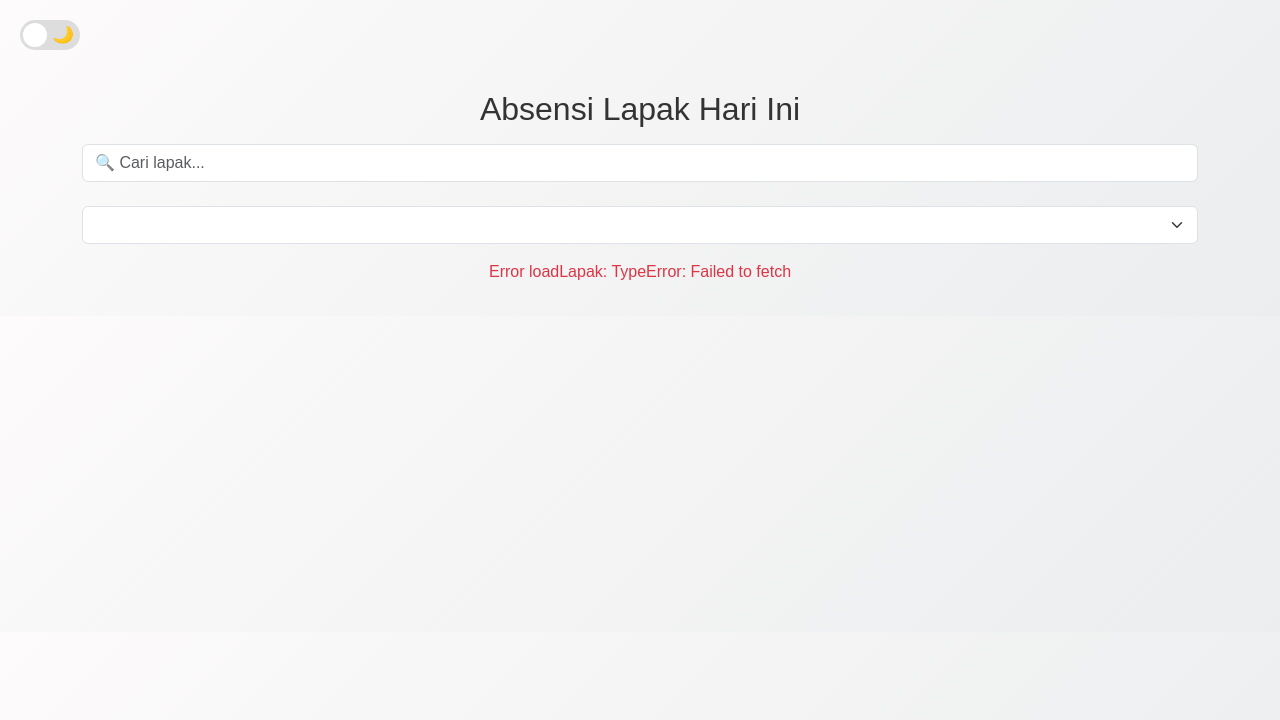
Repository: pasarrakyatbak/absensi
Page: index.html
An editor plug-in stored every save of this project. The page is shown before and after the next save, followed by the edit.
The browser window is 1280 px wide. The pictures show the whole page.
The page's requests for data from a server got no answer.

Above is the page before, as saved 2025-09-22 18:40:41.

### index.html
<!DOCTYPE html>
<html lang="id">

<head>
    <meta charset="UTF-8">
    <meta name="viewport" content="width=device-width, initial-scale=1.0">
    <title>Absensi Lapak</title>
    <link href="https://cdn.jsdelivr.net/npm/bootstrap@5.3.2/dist/css/bootstrap.min.css" rel="stylesheet">
    <link rel="stylesheet" href="style.css">
</head>

<body class="p-3">
    <!-- Toggle Dark Mode -->
    <div class="dark-toggle mb-3">
        <input type="checkbox" id="darkSwitch">
        <label for="darkSwitch" class="toggle-label">
            <span class="toggle-icon">🌞</span>
            <span class="toggle-ball"></span>
            <span class="toggle-icon">🌙</span>
        </label>
    </div>

    <div class="container">

        <!-- Ringkasan -->
        <div id="lapakSummary" class="summary-cards mb-4"></div>

        <!-- Info Banner -->
        <div id="absensiInfoBanner" class="alert text-center mb-3"></div>
        <!-- Judul & Search -->
        <h2 class="mb-3 text-center">Absensi Lapak Hari Ini</h2>
        <input type="text" id="searchInput" class="form-control mb-4" placeholder="🔍 Cari lapak...">
        <select id="lapakPageSelect" class="form-select mb-3">
            <!-- Option akan diisi otomatis dari JS -->
        </select>
        <!-- Daftar Lapak -->
        <div id="lapakContainer" class="row"></div>
    </div>

    <!-- Modal Absensi -->
    <div id="absensiModal" class="modal-overlay">
        <div class="modal-content">
            <h5 id="absensiInfo"></h5>
            <div id="modalStatusLabel" class="mb-3"></div> <!-- badge tampil di sini -->
            <button id="modalAbsenBtn" class="btn btn-success mb-2">Absen</button>
            <button id="modalHapusBtn" class="btn btn-danger mb-2">Hapus Absensi</button>
            <button class="btn btn-secondary" onclick="closeAbsensiModal()">Tutup</button>
        </div>
    </div>


    <!-- Loader -->
    <div id="absensiLoading" class="d-none">
        <div class="loader-content text-center">
            <div class="spinner-border text-light" role="status" style="width:3rem;height:3rem;"></div>
            <p id="absensiLoadingText" class="text-white mt-2">Sedang memproses...</p>
        </div>
    </div>

    <script src="script.js"></script>
    <!-- Toast Notification -->
    <div id="toastContainer" class="toast-container"></div>
    <script src="https://cdn.jsdelivr.net/npm/sweetalert2@11"></script>
</body>

</html>

### style.css
/* ================= GLOBAL ================= */
body {
    background: linear-gradient(135deg, #fdfbfb, #ebedee);
    font-family: 'Poppins', sans-serif;
    color: #333;
    margin: 0;
    padding: 0;
    transition: background 0.3s ease, color 0.3s ease;
}

body.dark {
    background: linear-gradient(135deg, #0f2027, #203a43, #2c5364);
    color: #f1f1f1;
}

body.modal-open {
    overflow: hidden;
}

/* ================= CARD ================= */
.lapak-card {
    position: relative;
    overflow: hidden;
    text-align: center;
    border-radius: 16px;
    padding: 1.5rem;
    font-size: 18px;
    font-weight: 600;
    backdrop-filter: blur(8px);
    box-shadow: 0 4px 12px rgba(0, 0, 0, 0.08);
    transition: transform 0.25s ease, box-shadow 0.25s ease, background 0.3s ease, border 0.3s ease, color 0.3s ease;
}

.lapak-card:hover {
    transform: translateY(-6px);
    box-shadow: 0 10px 25px rgba(0, 0, 0, 0.2);
}

.lapak-card.disabled {
    pointer-events: none;
    opacity: 0.6;
}

.lapak-card .card-title {
    font-size: 22px;
    font-weight: 700;
    margin-bottom: 0.5rem;
}

/* Light Mode (default) */
.lapak-card .card-text {
    font-size: 32px;
    /* sangat besar dan modern */
    font-weight: 700;
    /* tebal */
    border-bottom: 2px solid #0d47a1;
    /* biru tua */
    padding-bottom: 8px;
    margin-bottom: 1rem;
    color: #0d47a1;
    /* teks biru tua */
    transition: all 0.3s ease;
}

/* Dark Mode */
body.dark .lapak-card .card-text {
    color: #ffeb3b;
    /* kuning */
    border-bottom: 2px solid #ffeb3b;
    /* border ikut warna teks */
}



/* CARD TEXT */
.lapak-card .card-text {
    font-size: 32px;
    font-weight: 700;
    border-bottom: 2px solid #1e88e5;
    /* biru terang */
    padding-bottom: 8px;
    margin-bottom: 1rem;
    color: #1e88e5;
    /* light mode */
    transition: all 0.3s ease;
}

body.dark .lapak-card .card-text {
    color: #ffc107;
    /* kuning dark mode */
    border-bottom: 2px solid #ffc107;
}

/* CARD SUBTEXT */
.lapak-card .card-subtext {
    font-size: 16px;
    font-style: italic;
    color: #1976d2;
    /* biru medium */
    transition: color 0.3s ease;
}

body.dark .lapak-card .card-subtext {
    color: #ffca28;
    /* kuning lembut */
}

/* CARD BODY / PARAGRAPH TEXT */
.lapak-card .card-body-text {
    font-size: 18px;
    font-weight: 500;
    color: #424242;
    /* abu gelap untuk light mode */
    transition: color 0.3s ease;
}

body.dark .lapak-card .card-body-text {
    color: #fff59d;
    /* kuning pucat untuk dark mode */
}



.lapak-card.hadir {
    background-color: #d4edda;
    border: 1px solid #c3e6cb;
    color: #155724;
}

.lapak-card.belum {
    background-color: #f8d7da;
    border: 1px solid #f5c6cb;
    color: #721c24;
}

/* Dark mode cards */
body.dark .lapak-card.hadir {
    background: rgba(45, 62, 51, 0.8);
    border: 1px solid #4caf50;
    color: #90ee90;
}

body.dark .lapak-card.belum {
    background: rgba(60, 30, 30, 0.8);
    border: 1px solid #b23c3c;
    color: #f28b82;
}

/* ================= BADGE ================= */
.lapak-badge {
    position: absolute;
    top: 10px;
    left: 10px;
    padding: 0.25rem 0.5rem;
    font-size: 0.75rem;
    font-weight: 600;
    border-radius: 8px;
    color: #fff;
    z-index: 2;
    box-shadow: 0 2px 6px rgba(0, 0, 0, 0.15);
    transition: background 0.3s ease, transform 0.25s ease;
}

.lapak-badge.bg-success {
    background-color: #28a745;
}

.lapak-badge.bg-danger {
    background-color: #dc3545;
}

body.dark .lapak-badge.bg-success {
    background-color: #4caf50;
}

body.dark .lapak-badge.bg-danger {
    background-color: #b23c3c;
}

/* ================= MODAL ================= */
#absensiModal,
.modal-overlay {
    display: none;
    position: fixed;
    top: 0;
    left: 0;
    width: 100%;
    height: 100%;
    justify-content: center;
    align-items: center;
    z-index: 1050;
    padding: 1rem;
    box-sizing: border-box;
    backdrop-filter: blur(6px);
}

#absensiModal {
    background: rgba(0, 0, 0, 0.6);
}

.modal-overlay {
    background: rgba(0, 0, 0, 0.6);
    opacity: 0;
    transition: opacity 0.25s ease;
}

.modal-overlay.show {
    display: flex;
    opacity: 1;
}

.modal-content {
    background: rgba(255, 255, 255, 0.9);
    padding: 1.5rem;
    border-radius: 16px;
    text-align: center;
    max-width: 400px;
    width: 100%;
    box-shadow: 0 8px 24px rgba(0, 0, 0, 0.2);
    transform: scale(0.9);
    transition: transform 0.25s ease, background 0.3s ease, color 0.3s ease;
}

.modal-overlay.show .modal-content {
    transform: scale(1);
}

body.dark .modal-content {
    background: rgba(30, 30, 30, 0.95);
    color: #f1f1f1;
}

.container.blur {
    filter: blur(0);
    transition: filter 0.3s ease;
}

.modal-overlay.show+.container.blur {
    filter: blur(6px);
}

/* ================= LOADER ================= */
#absensiLoading {
    position: fixed;
    top: 0;
    left: 0;
    width: 100%;
    height: 100%;
    background: rgba(0, 0, 0, 0.7);
    display: flex;
    justify-content: center;
    align-items: center;
    z-index: 2000;
    backdrop-filter: blur(6px);
}

/* ================= BUTTONS ================= */
#modalAbsenBtn,
#modalHapusBtn {
    width: 100%;
    padding: 0.75rem;
    font-size: 1.1rem;
    font-weight: 600;
    border-radius: 12px;
    border: none;
    transition: background 0.3s ease, transform 0.2s ease;
}

#modalAbsenBtn {
    background-color: #28a745;
    color: #fff;
}

#modalAbsenBtn:hover {
    transform: scale(1.05);
}

#modalHapusBtn {
    background-color: #dc3545;
    color: #fff;
    margin-bottom: 0.5rem;
}

#modalHapusBtn:hover {
    transform: scale(1.05);
    background-color: #b23c3c;
}

body.dark #modalAbsenBtn {
    background-color: #4caf50;
}

body.dark #modalHapusBtn {
    background-color: #b23c3c;
}

/* ================= TOGGLE DARK MODE ================= */
.dark-toggle {
    position: fixed;
    top: 20px;
    left: 20px;
    z-index: 1000;
}

.toggle-label {
    position: relative;
    width: 60px;
    height: 30px;
    background: #ddd;
    border-radius: 50px;
    display: flex;
    align-items: center;
    justify-content: space-between;
    padding: 0 6px;
    transition: background 0.3s ease;
    cursor: pointer;
}

.toggle-label::before {
    content: "☀️";
    position: absolute;
    left: 8px;
    font-size: 16px;
    transition: opacity 0.3s ease;
}

.toggle-label::after {
    content: "🌙";
    position: absolute;
    right: 8px;
    font-size: 16px;
    transition: opacity 0.3s ease;
}

.toggle-ball {
    width: 24px;
    height: 24px;
    border-radius: 50%;
    background: white;
    position: absolute;
    left: 3px;
    top: 3px;
    transition: transform 0.3s ease;
}

input[type="checkbox"] {
    display: none;
}

input:checked+.toggle-label {
    background: #444;
}

input:checked+.toggle-label .toggle-ball {
    transform: translateX(30px);
}

/* ================= SUMMARY CARDS ================= */
.summary-cards {
    display: flex;
    gap: 1rem;
    flex-wrap: wrap;
    justify-content: center;
}

.summary-card {
    flex: 1 1 120px;
    min-width: 120px;
    padding: 1rem;
    border-radius: 12px;
    text-align: center;
    font-weight: 600;
    box-shadow: 0 4px 12px rgba(0, 0, 0, 0.08);
    transition: background 0.3s ease, color 0.3s ease;
}

.summary-card.total {
    background: #e3f2fd;
    color: #1565c0;
}

.summary-card.hadir {
    background: #d4edda;
    color: #155724;
}

.summary-card.belum {
    background: #f8d7da;
    color: #721c24;
}

body.dark .summary-card.total {
    background: #1e3a5f;
    color: #90caf9;
}

body.dark .summary-card.hadir {
    background: #2d3e33;
    color: #90ee90;
}

body.dark .summary-card.belum {
    background: #5c2b2b;
    color: #f28b82;
}

.summary-card div {
    margin-top: 4px;
    font-weight: normal;
}

.summary-progress .progress {
    background: rgba(0, 0, 0, 0.1);
}

body.dark .summary-progress .progress {
    background: rgba(255, 255, 255, 0.1);
}

.progress-bar {
    font-size: 0.85rem;
    font-weight: 600;
    color: #fff;
    text-align: center;
}

/* ================= BADGE UTAMA ================= */
.badge {
    display: inline-block;
    margin-top: 6px;
    padding: 0.25rem 0.5rem;
    font-size: 0.75rem;
    border-radius: 8px;
    font-weight: 600;
}

.bg-success {
    background-color: #28a745;
    color: #fff;
}

.bg-danger {
    background-color: #dc3545;
    color: #fff;
}

body.dark .bg-success {
    background-color: #4caf50;
}

body.dark .bg-danger {
    background-color: #b23c3c;
}

/* ================= TOAST ================= */
/* ================= TOAST TENGAH ================= */
.toast-container {
    position: fixed;
    top: 50%;
    left: 50%;
    transform: translate(-50%, -50%);
    z-index: 3000;
    display: flex;
    flex-direction: column;
    gap: 0.5rem;
    pointer-events: none;
    /* agar tidak menghalangi klik */
}

.toast {
    min-width: 250px;
    max-width: 350px;
    padding: 1rem 1.2rem;
    border-radius: 16px;
    color: #fff;
    font-weight: 500;
    box-shadow: 0 6px 20px rgba(0, 0, 0, 0.15);
    display: flex;
    justify-content: space-between;
    opacity: 0;
    transform: scale(0.9);
    transition: all 0.4s ease;
    pointer-events: auto;
}

.toast.show {
    opacity: 1;
    transform: scale(1);
}

.toast-success {
    background: #28a745;
}

.toast-error {
    background: #dc3545;
}

.toast-info {
    background: #1976d2;
}

.toast-close {
    cursor: pointer;
    font-weight: bold;
    background: none;
    border: none;
    color: #fff;
    font-size: 1.2rem;
    margin-left: 8px;
}

/* ================= RESPONSIVE ================= */
/* HP kecil (≤576px) */
@media (max-width:576px) {
    .lapak-card {
        font-size: 14px;
        padding: 0.8rem;
    }

    .lapak-card .card-title {
        font-size: 16px;
    }

    .lapak-card .card-text {
        font-size: 18px;
    }

    .lapak-card .status-text {
        font-size: 12px;
    }

    #absensiModal .modal-content {
        max-width: 95%;
        padding: 1rem;
    }

    .toggle-label {
        width: 60px;
        height: 30px;
        font-size: 12px;
    }

    .toggle-ball {
        width: 22px;
        height: 22px;
    }
}

/* Tablet (577px – 991px) */
@media (min-width:577px) and (max-width:991px) {
    .lapak-card {
        font-size: 15px;
        padding: 1rem;
    }

    .lapak-card .card-title {
        font-size: 18px;
    }

    .lapak-card .card-text {
        font-size: 19px;
    }

    .lapak-card .status-text {
        font-size: 13px;
    }

    #absensiModal .modal-content {
        max-width: 80%;
    }
}

/* Desktop (≥992px) */
@media (min-width:992px) {
    .lapak-card {
        font-size: 16px;
        padding: 1.2rem;
    }

    .lapak-card .card-title {
        font-size: 20px;
    }

    .lapak-card .card-text {
        font-size: 20px;
    }

    .lapak-card .status-text {
        font-size: 14px;
    }

    #absensiModal .modal-content {
        max-width: 400px;
    }
}

/* Summary cards responsif */
@media (max-width:768px) {
    .summary-cards {
        flex-direction: column;
        align-items: center;
    }

    .summary-card {
        width: 90%;
        max-width: none;
    }
}

Loaded but not shown: script.js (381 lines, source omitted)

After the next save:
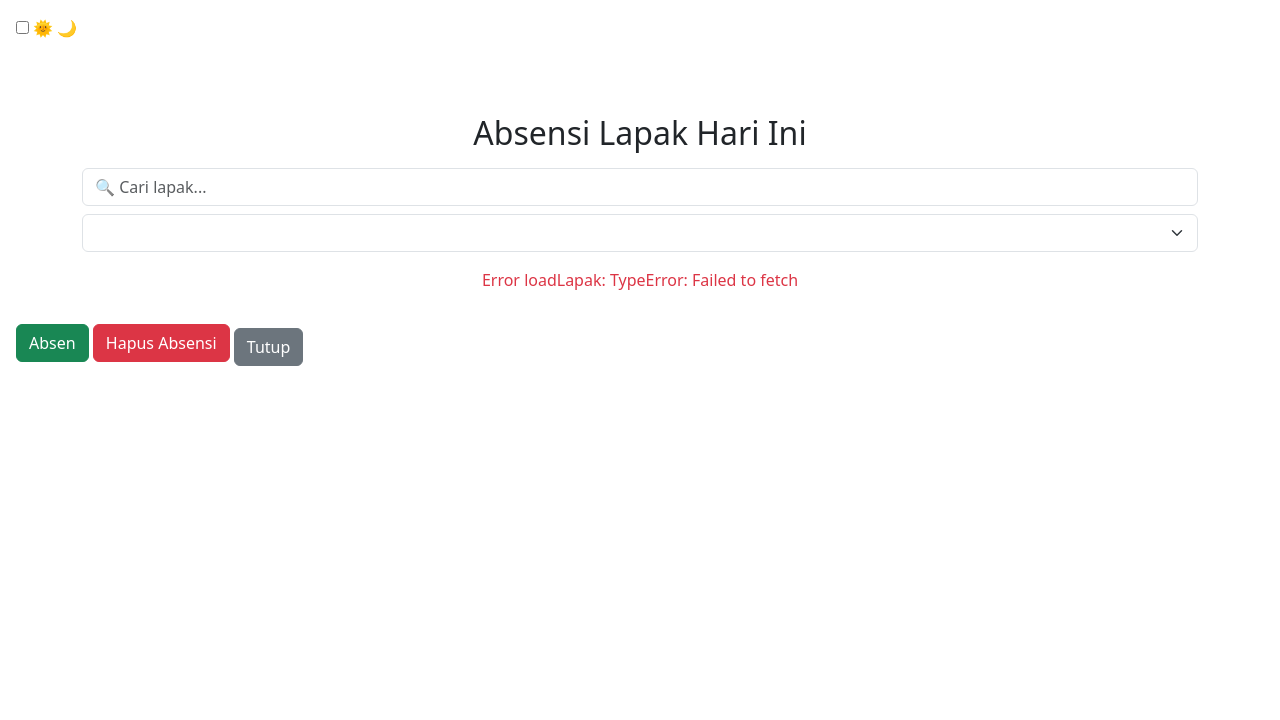
Saved 8 min 3 s later.
--- a/index.html
+++ b/index.html
@@ -6,7 +6,6 @@
     <meta name="viewport" content="width=device-width, initial-scale=1.0">
     <title>Absensi Lapak</title>
     <link href="https://cdn.jsdelivr.net/npm/bootstrap@5.3.2/dist/css/bootstrap.min.css" rel="stylesheet">
-    <link rel="stylesheet" href="style.css">
 </head>
 
 <body class="p-3">
@@ -23,43 +22,49 @@
     <div class="container">
 
         <!-- Ringkasan -->
-        <div id="lapakSummary" class="summary-cards mb-4"></div>
+        <div id="lapakSummary" class="mb-4"></div>
 
         <!-- Info Banner -->
         <div id="absensiInfoBanner" class="alert text-center mb-3"></div>
-        <!-- Judul & Search -->
+
+        <!-- Judul -->
         <h2 class="mb-3 text-center">Absensi Lapak Hari Ini</h2>
-        <input type="text" id="searchInput" class="form-control mb-4" placeholder="🔍 Cari lapak...">
-        <select id="lapakPageSelect" class="form-select mb-3">
-            <!-- Option akan diisi otomatis dari JS -->
-        </select>
+
+        <!-- Sticky Search + Dropdown (nanti tinggal dikasih CSS sticky) -->
+        <div class="mb-3" id="stickyHeader">
+            <input type="text" id="searchInput" class="form-control mb-2" placeholder="🔍 Cari lapak...">
+            <select id="lapakPageSelect" class="form-select">
+                <!-- Option diisi otomatis dari JS -->
+            </select>
+        </div>
+
         <!-- Daftar Lapak -->
         <div id="lapakContainer" class="row"></div>
     </div>
 
     <!-- Modal Absensi -->
-    <div id="absensiModal" class="modal-overlay">
-        <div class="modal-content">
+    <div id="absensiModal">
+        <div>
             <h5 id="absensiInfo"></h5>
-            <div id="modalStatusLabel" class="mb-3"></div> <!-- badge tampil di sini -->
+            <div id="modalStatusLabel" class="mb-3"></div>
             <button id="modalAbsenBtn" class="btn btn-success mb-2">Absen</button>
             <button id="modalHapusBtn" class="btn btn-danger mb-2">Hapus Absensi</button>
             <button class="btn btn-secondary" onclick="closeAbsensiModal()">Tutup</button>
         </div>
     </div>
 
-
     <!-- Loader -->
     <div id="absensiLoading" class="d-none">
-        <div class="loader-content text-center">
+        <div class="text-center">
             <div class="spinner-border text-light" role="status" style="width:3rem;height:3rem;"></div>
-            <p id="absensiLoadingText" class="text-white mt-2">Sedang memproses...</p>
+            <p id="absensiLoadingText" class="mt-2">Sedang memproses...</p>
         </div>
     </div>
 
+    <!-- Toast Notification -->
+    <div id="toastContainer"></div>
+
     <script src="script.js"></script>
-    <!-- Toast Notification -->
-    <div id="toastContainer" class="toast-container"></div>
     <script src="https://cdn.jsdelivr.net/npm/sweetalert2@11"></script>
 </body>
 

After the 2 saves that followed:
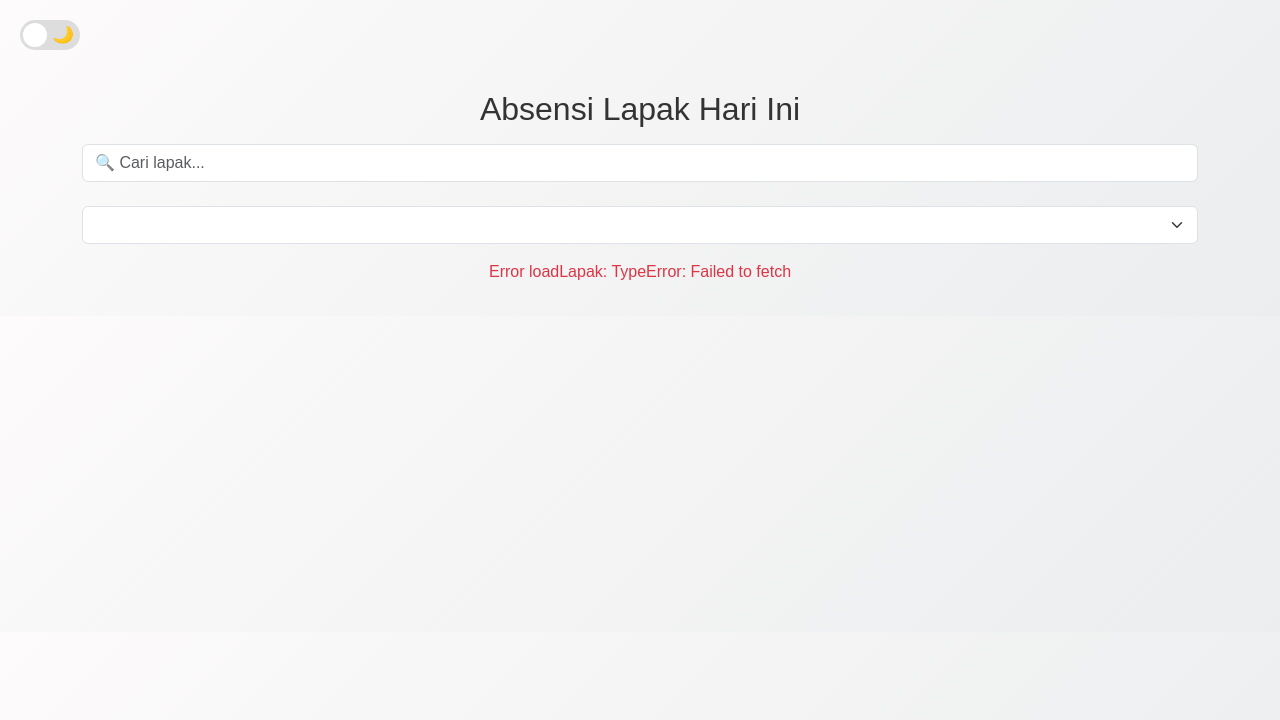
The 2 saves are shown as one change because 1 left the picture as it was.
The last was saved 68 s later.
--- a/index.html
+++ b/index.html
@@ -6,6 +6,7 @@
     <meta name="viewport" content="width=device-width, initial-scale=1.0">
     <title>Absensi Lapak</title>
     <link href="https://cdn.jsdelivr.net/npm/bootstrap@5.3.2/dist/css/bootstrap.min.css" rel="stylesheet">
+    <link rel="stylesheet" href="style.css">
 </head>
 
 <body class="p-3">
@@ -22,49 +23,43 @@
     <div class="container">
 
         <!-- Ringkasan -->
-        <div id="lapakSummary" class="mb-4"></div>
+        <div id="lapakSummary" class="summary-cards mb-4"></div>
 
         <!-- Info Banner -->
         <div id="absensiInfoBanner" class="alert text-center mb-3"></div>
-
-        <!-- Judul -->
+        <!-- Judul & Search -->
         <h2 class="mb-3 text-center">Absensi Lapak Hari Ini</h2>
-
-        <!-- Sticky Search + Dropdown (nanti tinggal dikasih CSS sticky) -->
-        <div class="mb-3" id="stickyHeader">
-            <input type="text" id="searchInput" class="form-control mb-2" placeholder="🔍 Cari lapak...">
-            <select id="lapakPageSelect" class="form-select">
-                <!-- Option diisi otomatis dari JS -->
-            </select>
-        </div>
-
+        <input type="text" id="searchInput" class="form-control mb-4" placeholder="🔍 Cari lapak...">
+        <select id="lapakPageSelect" class="form-select mb-3">
+            <!-- Option akan diisi otomatis dari JS -->
+        </select>
         <!-- Daftar Lapak -->
         <div id="lapakContainer" class="row"></div>
     </div>
 
     <!-- Modal Absensi -->
-    <div id="absensiModal">
-        <div>
+    <div id="absensiModal" class="modal-overlay">
+        <div class="modal-content">
             <h5 id="absensiInfo"></h5>
-            <div id="modalStatusLabel" class="mb-3"></div>
+            <div id="modalStatusLabel" class="mb-3"></div> <!-- badge tampil di sini -->
             <button id="modalAbsenBtn" class="btn btn-success mb-2">Absen</button>
             <button id="modalHapusBtn" class="btn btn-danger mb-2">Hapus Absensi</button>
             <button class="btn btn-secondary" onclick="closeAbsensiModal()">Tutup</button>
         </div>
     </div>
 
+
     <!-- Loader -->
     <div id="absensiLoading" class="d-none">
-        <div class="text-center">
+        <div class="loader-content text-center">
             <div class="spinner-border text-light" role="status" style="width:3rem;height:3rem;"></div>
-            <p id="absensiLoadingText" class="mt-2">Sedang memproses...</p>
+            <p id="absensiLoadingText" class="text-white mt-2">Sedang memproses...</p>
         </div>
     </div>
 
+    <script src="script.js"></script>
     <!-- Toast Notification -->
-    <div id="toastContainer"></div>
-
-    <script src="script.js"></script>
+    <div id="toastContainer" class="toast-container"></div>
     <script src="https://cdn.jsdelivr.net/npm/sweetalert2@11"></script>
 </body>
 
--- a/style.css
+++ b/style.css
@@ -15,6 +15,23 @@ body.dark {
 
 body.modal-open {
     overflow: hidden;
+}
+
+/* Container search + dropdown */
+.sticky-header {
+    position: sticky;
+    top: 70px;
+    /* sesuaikan dengan tinggi header/nav */
+    z-index: 1000;
+    background: white;
+    /* biar ga transparan */
+    padding: 10px 0;
+}
+
+/* Dark mode support */
+body.dark .sticky-header {
+    background: #2c5364;
+    color: #fff;
 }
 
 /* ================= CARD ================= */
